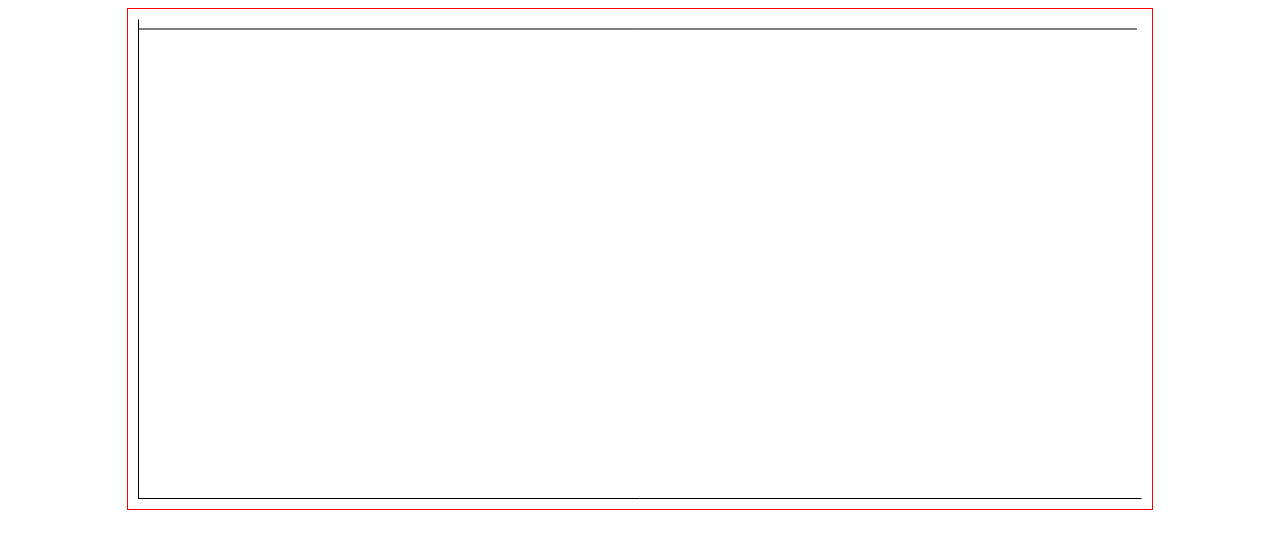
Repository: cw19931024/Demo
Page: canvas.html
These files come from the project's save history. The page is drawn as it stood at one moment and after the next save; the edit follows.
The browser window is 1280 px wide. The pictures show the whole page.

Above is the page before, as saved 2017-07-27 10:56:46.
Console error: ReferenceError: data is not defined

### canvas.html
<!DOCTYPE html>
<html lang="en">

<head>
    <title></title>
    <meta charset="UTF-8">
    <meta name="viewport" context="width=device-width, initial-scale=1">
    <style>
        canvas {
            margin: 0 auto;
            border: 1px solid red;
            width: 1024px;
            height: 500px;
        }

        .tac {
            text-align: center;
        }
    </style>
</head>

<body>
    <div class="tac">
        <canvas id="canvas" width="1024" height="500"></canvas>
    </div>
</body>
<script>
    var canvas = document.getElementById('canvas');
    var context = canvas.getContext('2d');
    var width = canvas.width;
    var height = canvas.height;
    var padding = 10;
    //y轴线
    context.beginPath();
    context.lineWidth = 1;
    context.moveTo(padding + 0.5, height - padding -0.5);
    context.lineTo(padding + 0.5, padding +0.5);
    context.stroke();

    //x轴线
    context.beginPath();
    context.moveTo(padding, height - padding - 0.5);
    context.lineTo(width - padding-0.5, height - padding - 0.5)
    context.moveTo(padding, padding + 10);
    context.lineTo(width - padding-5, padding + 10)
    context.stroke();

    var Number = 5;             //y轴的段数
    var yLength = Math.floor(height -padding*2/Number);
    var xLength = Math.floor(width -padding*2/data.length);

    for (var i = 20; i < width; i += 20) {
        context.beginPath();
        context.moveTo(i + 10, height - padding - 10);
        context.lineTo(i + 10, padding + 10);
        context.stroke();
    }

    for (var i = 20; i < height; i += 30) {
        if((i+60)<height){
            context.beginPath();
            context.moveTo(10,i+30);
            context.lineTo(width-15,i+30)
            context.stroke();
        }
    }
</script>

</html>

After the next save:
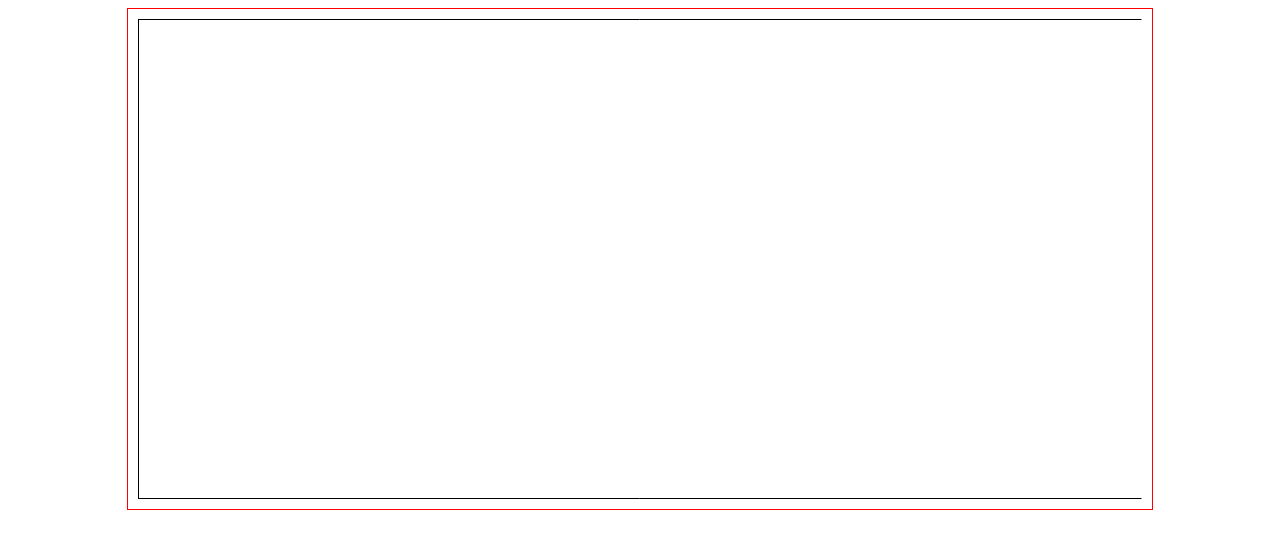
Saved 18 s later.
--- a/canvas.html
+++ b/canvas.html
@@ -41,8 +41,8 @@
     context.beginPath();
     context.moveTo(padding, height - padding - 0.5);
     context.lineTo(width - padding-0.5, height - padding - 0.5)
-    context.moveTo(padding, padding + 10);
-    context.lineTo(width - padding-5, padding + 10)
+    context.moveTo(padding, padding + 0.5);
+    context.lineTo(width - padding-0.5, padding +0.50)
     context.stroke();
 
     var Number = 5;             //y轴的段数
